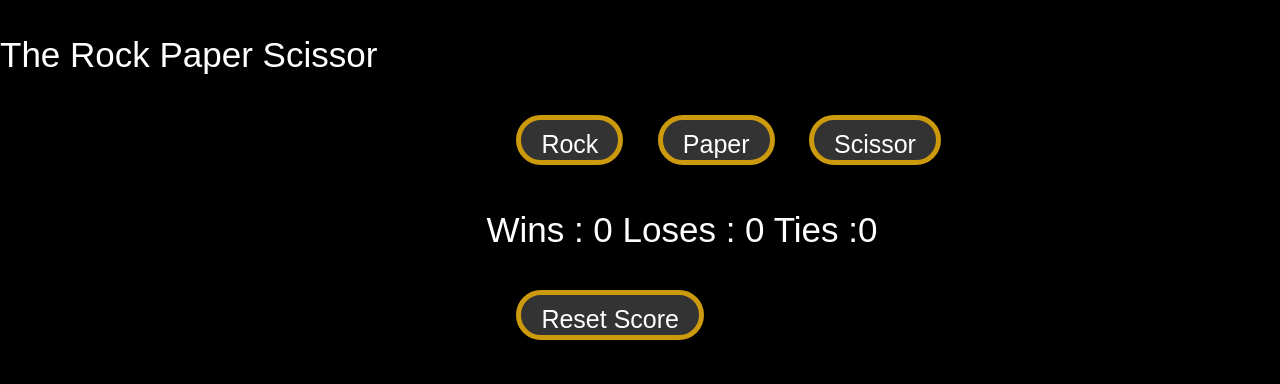
Repository: Drdregboss89/js-practical-projects
Page: index.html
An editor plug-in stored every save of this project. The page is shown before and after the next save, followed by the edit.
The browser window is 1280 px wide. The pictures show the whole page.

Above is the page before, as saved 2023-06-14 15:51:35.
Console error (its wording comes from the project's code and is left out).

After the next save:
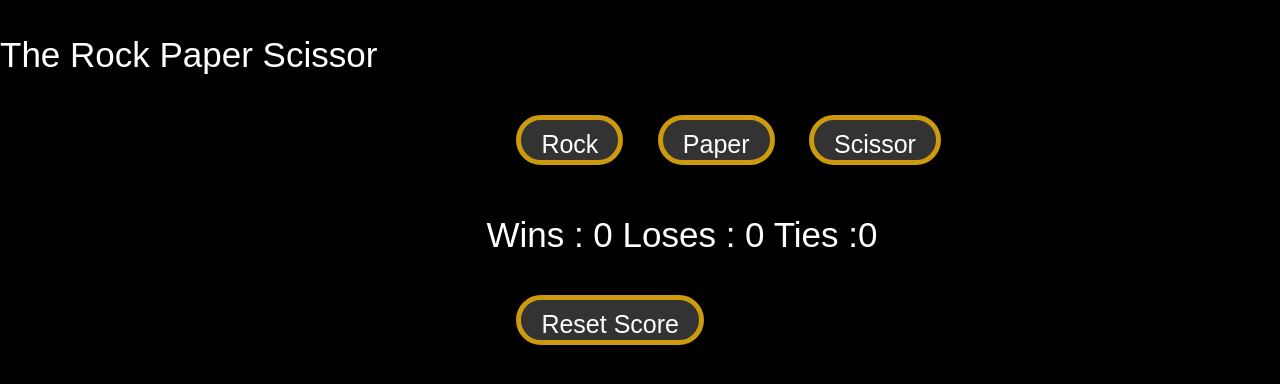
Saved 6 days later.
--- a/index.html
+++ b/index.html
@@ -15,6 +15,8 @@
       <button onclick="playGame('Rock');">Rock</button>
       <button onclick="playGame('Paper');">Paper</button>
       <button onclick="playGame('Scissor');">Scissor</button>
+      <p class="js-result"></p>
+      <p class="js-move"></p>
       <p class="js-score"></p>
       <button
         onclick="
@@ -22,6 +24,7 @@
       score.loses:0;
       score.ties:0;
       localStorage.removeItem('score');"
+      updateScore();
       >
         Reset Score
       </button>
